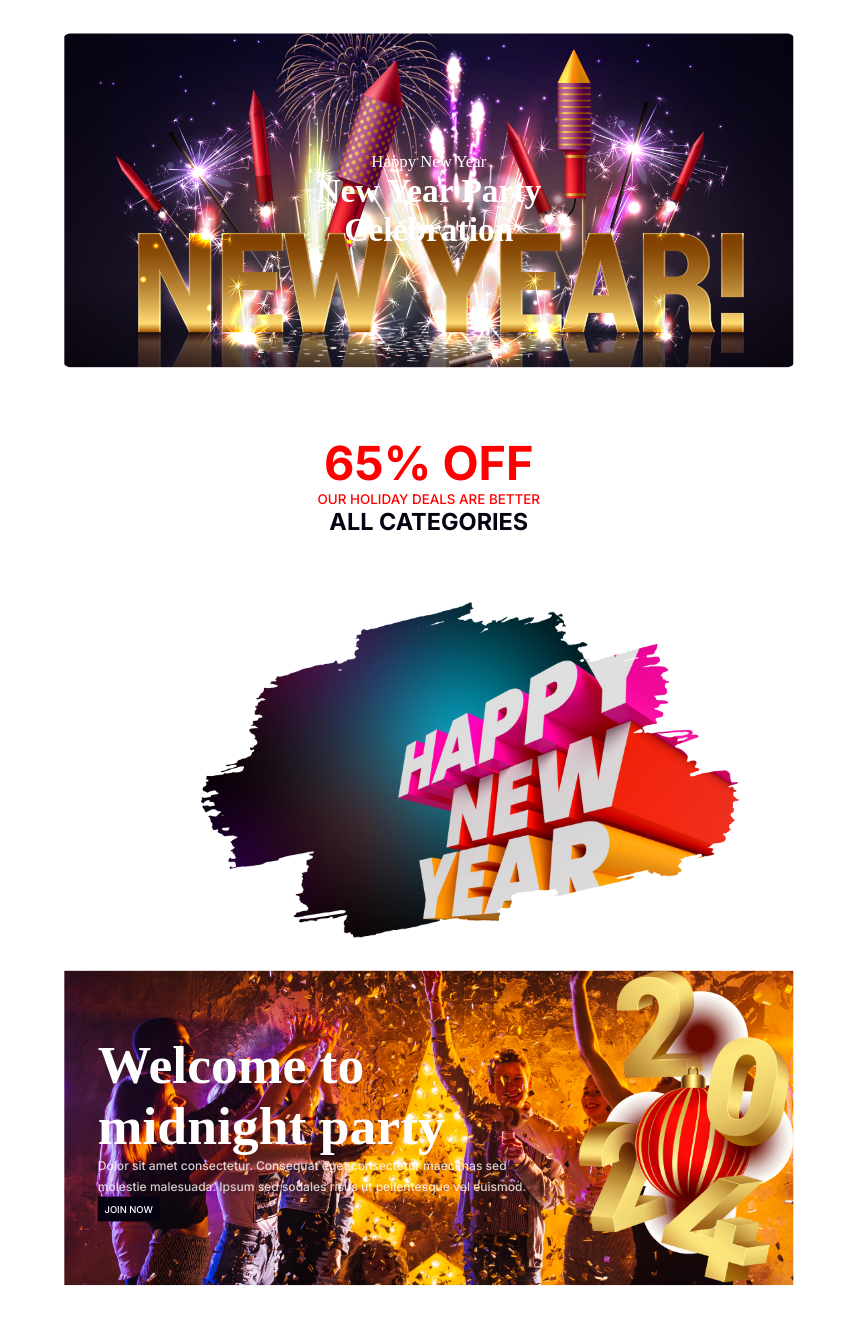
Repository: sumonkumarsarkar/new-year-2024
Page: index.html
The author's editor kept a copy of each file at every save. The page is drawn from the files as they stood at one save, then again after the next save.
The browser window is 1280 px wide. The pictures show the whole page, at 67% of full size.

Above is the page before, as saved 2024-01-08 11:31:23.

After the next save:
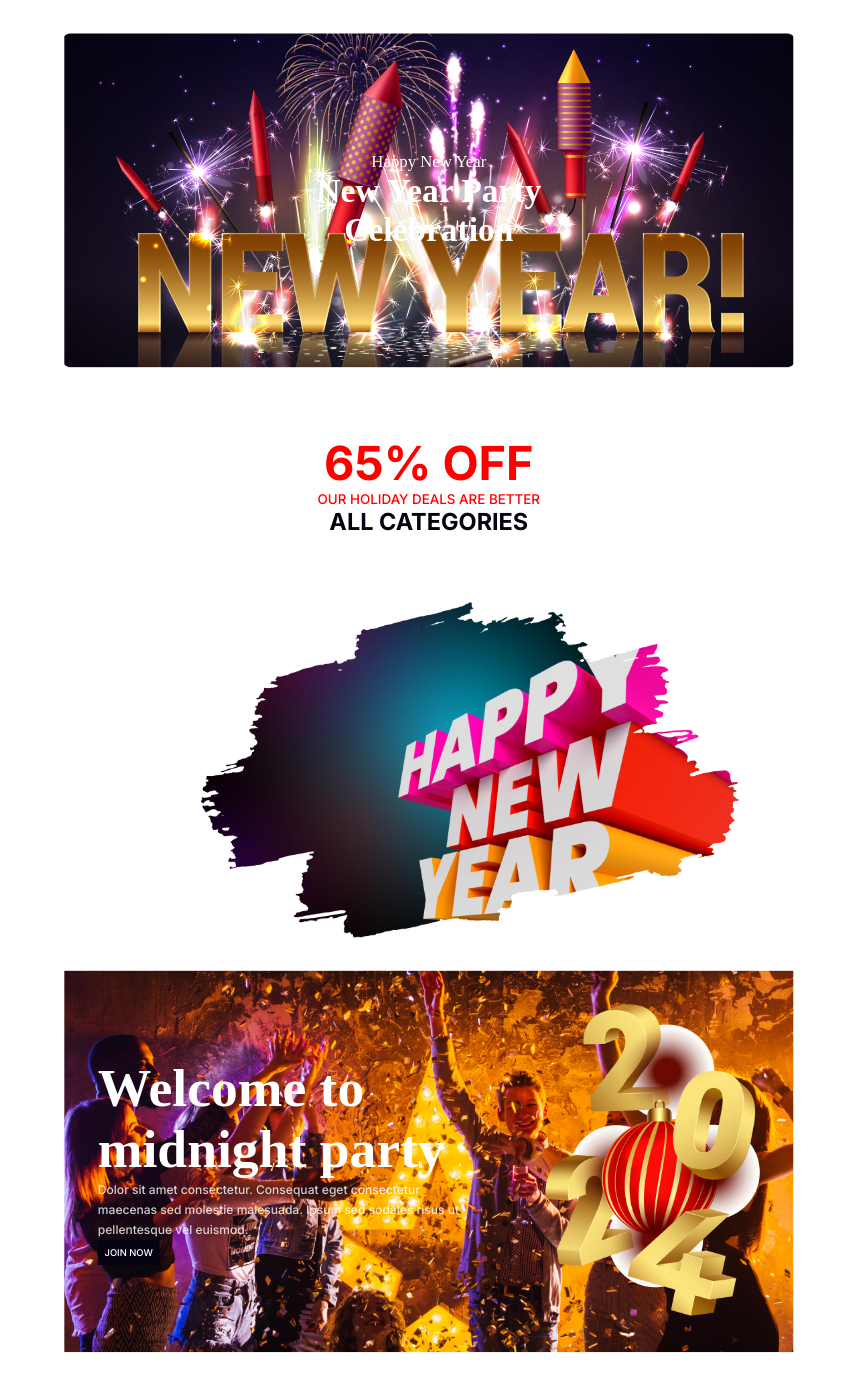
Saved 43 s later.
--- a/style.css
+++ b/style.css
@@ -158,8 +158,8 @@ button {
     padding: 10px 10px;
 }
 
-.midmight-section{
-    p
+.midmight-img{
+    padding:50px 50px ;
 }
 
 /* midnight party end */
